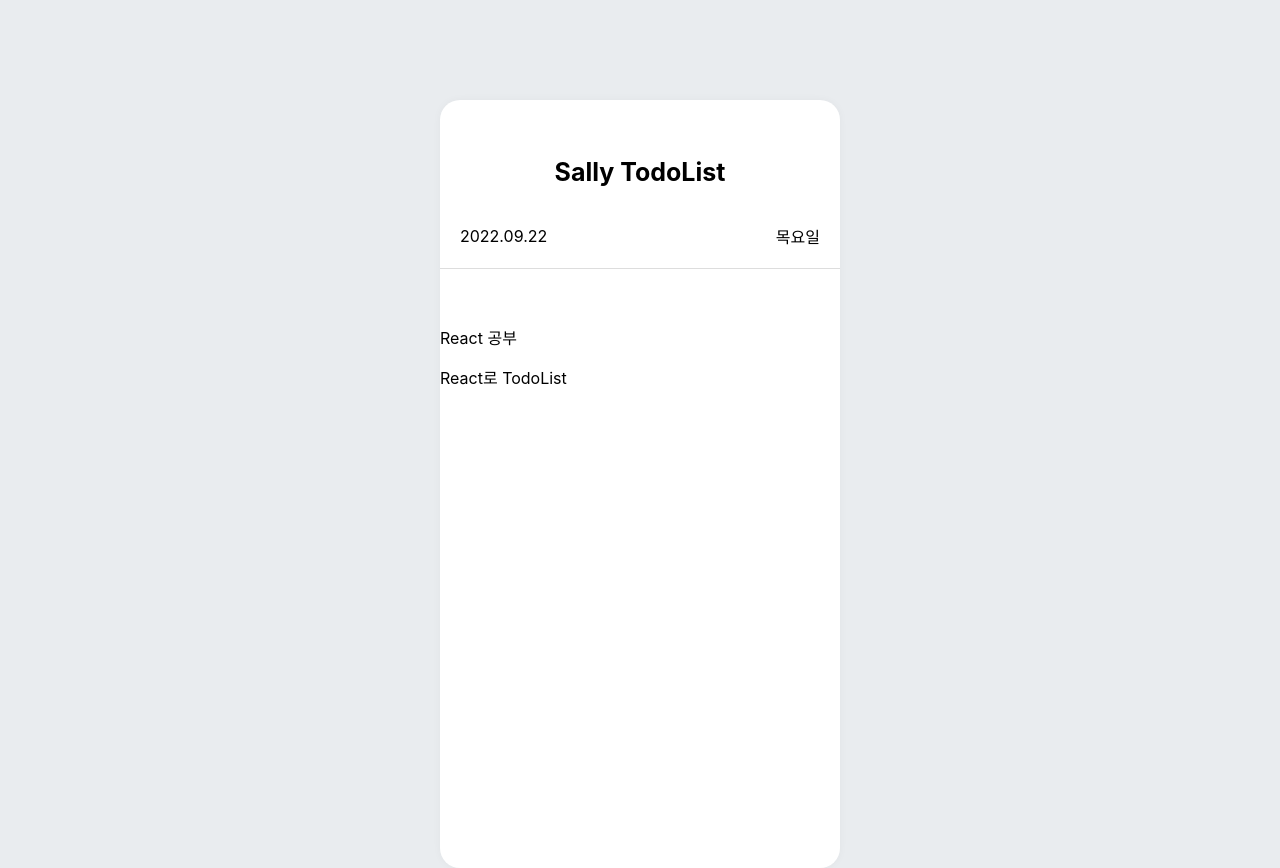
Repository: kwak0630/react-todo
Page: /
These files come from the project's save history. The page is drawn as it stood at one moment and after a run of saves; the edit follows.
The browser window is 1280 px wide. The pictures show the whole page.
The project was rebuilt for these pictures with package versions that can differ from the ones it lists, and the page was loaded fresh each time.

Above is the page before, as saved 2022-09-22 15:17:15.

### src/App.js

import React from 'react'
import TodoTemplate from './components/TodoTemplate';
import TodoHeader from './components/TodoHeader';
import TodoList from './components/TodoList';
import "./assets/css/style.scss"

function App() {
  return (
    <div>
      <TodoTemplate>
        <TodoHeader />
        <TodoList />
      </TodoTemplate>
    </div>
  );
}

export default App;

### src/components/TodoTemplate.js
import React from 'react';
import styled from 'styled-components';

const TodoTemplateBlock = styled.div`
    position: relative;

    display: flex;
    flex-direction: column;

    width: 400px;
    height: 768px;
    margin: 100px auto 0;

    background: white;
    border-radius: 20px;
    box-shadow: 0 0 8px 0 rgba(0, 0, 0, 0.04);
`;

function TodoTemplate({children}){
    return (
        <TodoTemplateBlock>
            {children}
        </TodoTemplateBlock>
    )
}

export default TodoTemplate;

### src/components/TodoHeader.js
import React from 'react';
import styled from 'styled-components';

const TodoHeaderBlock = styled.div`
    padding:40px 0 0;
    text-align: center;
    h1{
        font-size: 25px;
    }
    .header-box{
        display: flex;
        justify-content: space-between;
        align-items: center;
        padding: 20px;
        border-bottom: 1px solid #ddd;
    }
`;

function TodoHeader(){
    return (
        <TodoHeaderBlock>
            <h1>Sally TodoList</h1>
            <div className="header-box">
                <span className='day'>2022.09.22</span>
                <span className='date'>목요일</span>
            </div>
        </TodoHeaderBlock>
    )
}

export default TodoHeader;

### src/components/TodoList.js
import React from 'react';
import styled from 'styled-components';
import TodoItem from './TodoItem';

const TodoListBlock = styled.div`
    padding:40px 0 0;

`;

function TodoList(){
    return (
        <TodoListBlock>
            <TodoItem text="React 공부" />
            <TodoItem text="React로 TodoList" />
        </TodoListBlock>
    )
}

export default TodoList;

### src/assets/css/style.scss
* {
    box-sizing: border-box;
  }
  body {
    background: #e9ecef;
  }

### src/components/TodoItem.js
import React from 'react';
import styled from 'styled-components';

const TodoItemBlock = styled.div`
    display: block;
`;

function TodoItem({text}){
    return (
        <TodoItemBlock>
            <p>{text}</p>
        </TodoItemBlock>
    )
}

export default TodoItem;

Loaded but not shown: public/index.html (common file); src/index.js (common file); src/index.css (common file); src/reportWebVitals.js (common file)

After the next 2 saves:
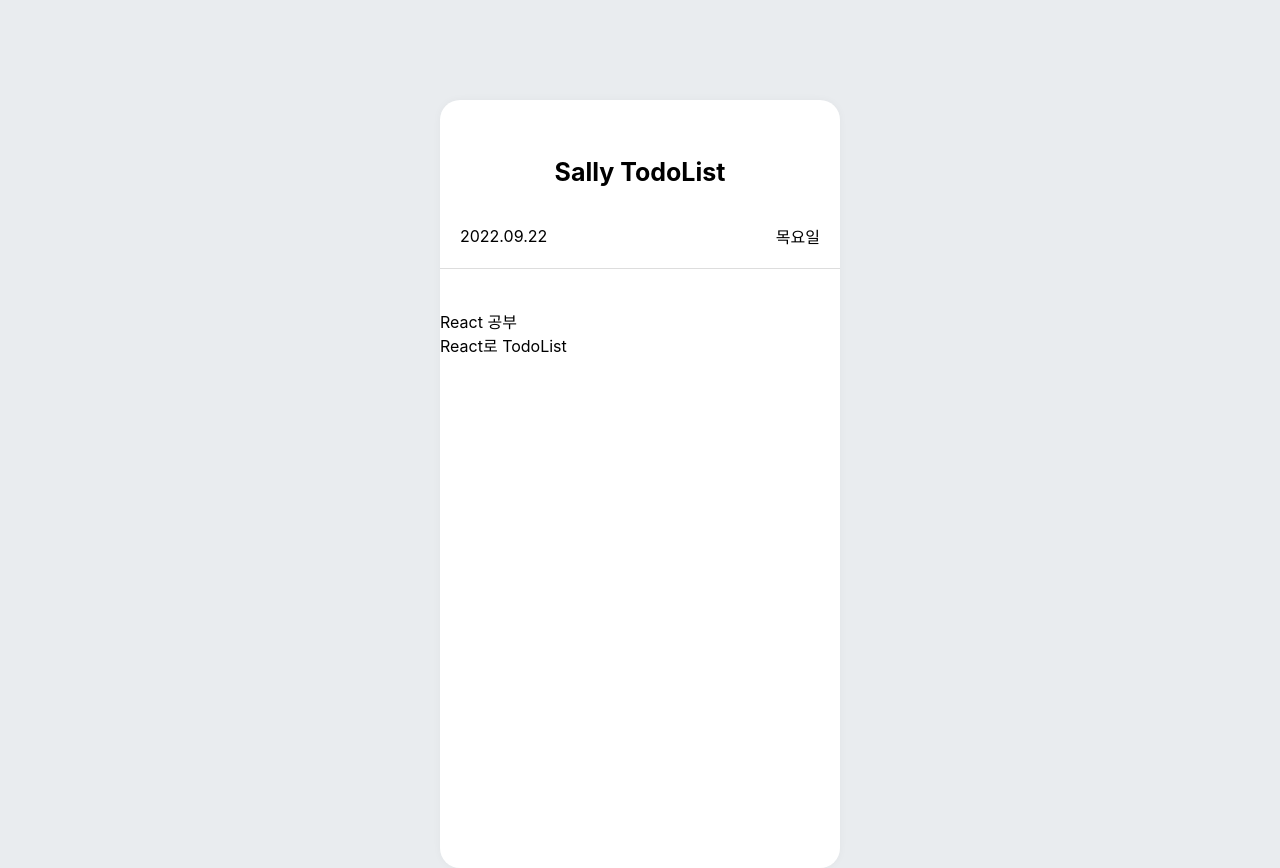
The 2 saves are shown as one change because 1 did not build or start.
The last was saved 43 s later.
--- a/src/components/TodoItem.js
+++ b/src/components/TodoItem.js
@@ -4,11 +4,14 @@
 const TodoItemBlock = styled.div`
     display: block;
 `;
+const Text = styled.div`
+
+`;
 
 function TodoItem({text}){
     return (
         <TodoItemBlock>
-            <p>{text}</p>
+            <Text>{text}</Text>
         </TodoItemBlock>
     )
 }
